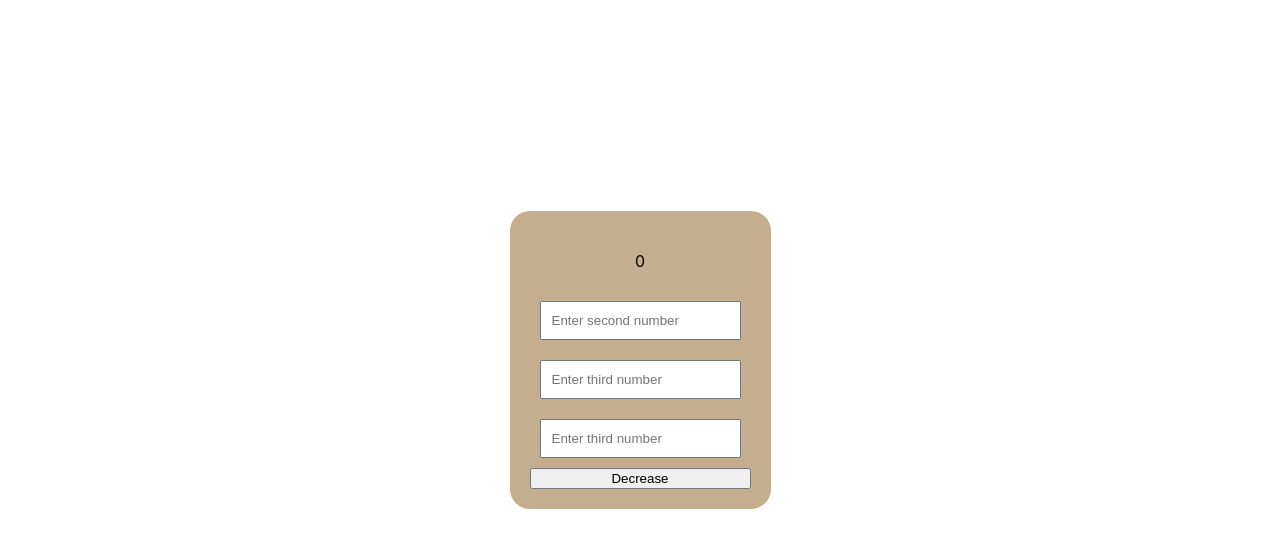
Repository: purnimapatel/SI-calculator
Page: /
These files come from the project's save history. The page is drawn as it stood at one moment and after the next save; the edit follows.
The browser window is 1280 px wide. The pictures show the whole page.
The project was rebuilt for these pictures with package versions that can differ from the ones it lists, and the page was loaded fresh each time.

Above is the page before, as saved 2024-08-26 11:30:15.

### src/App.jsx
import logo from './logo.svg';
import './App.css';
import { useState } from 'react';

function App() {
  const[rate, setRate]=(useState(''));
  const[principle, setPrinciple]=(useState());
  const[time, setTime]=(useState(''));
  const[res, setRes]=(useState(0));
  return(

    <div className="container">
    <div className="container1">
    <div className="result">
    {res}
    </div>


    <input
        type="number"
        id = "field"
        value={rate}
        onChange={(e) => setRate(Number(e.target.value))}
        placeholder="Enter second number"
      />
      <input
        type="number"
        id="field"
        value={principle}
        onChange={(e) => setPrinciple(Number(e.target.value))}
        placeholder="Enter third number"
      />
      <input
        type="number"
        id = "field"
        value={time}
        onChange={(e) => setTime(Number(e.target.value))}
        placeholder="Enter third number"
      />
    <button className='btn2' onClick={result}>Decrease</button>
    </div>
    </div>

  )
  function result(){

    setRate('');
    setPrinciple('');
    setTime('');
    setRes((rate*principle*time)/100)

}




}


export default App;

### src/App.css
.App {
  text-align: center;

}
.container{
  display: flex;
  justify-content: center;
  align-items:center;
  height:100vh;

}
.container1{

  background-color:rgb(197, 174, 144);
  display:flex;

  flex-direction: column;
  height: auto;
  width:auto;
  padding:20px;
  border-radius: 20px;

}
.result{
  display: flex;
  text-align: center;
  justify-content: center;
  padding:20px 40px;
}
input[type=number]::-webkit-outer-spin-button,
input[type=number]::-webkit-inner-spin-button {
    -webkit-appearance: none;
    margin: 0;
}

/* Remove the spinner in Firefox */
input[type=number] {
    -moz-appearance: textfield;
}
#field{
  margin:10px;
  padding:10px;
}

Loaded but not shown: public/index.html (common file); src/index.js (common file); src/index.css (common file); src/reportWebVitals.js (common file)

After the next save:
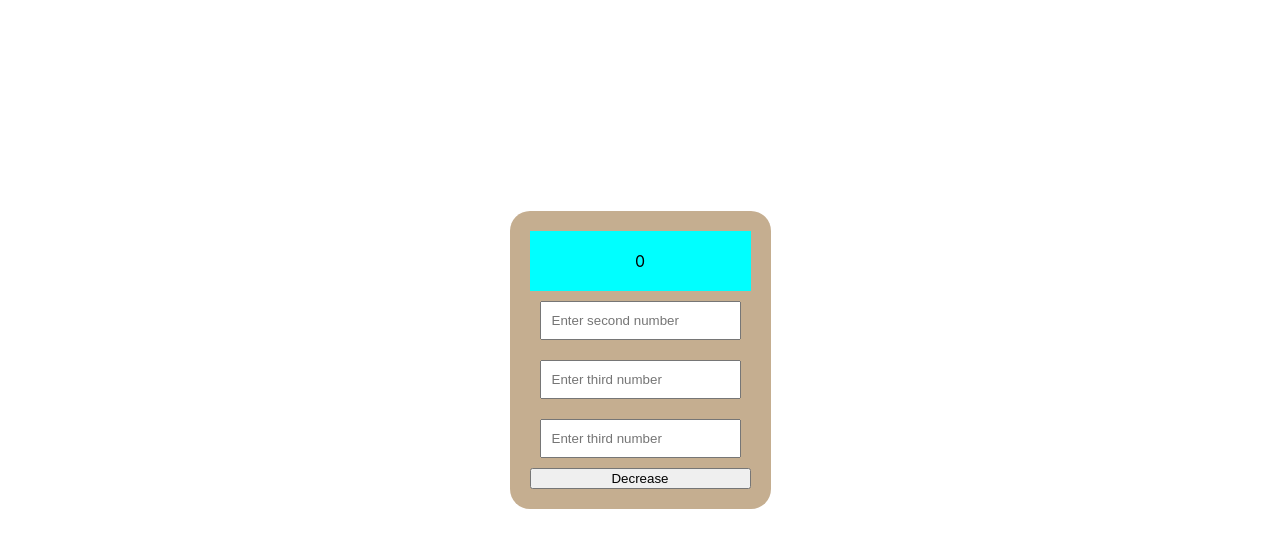
Saved 14 s later.
--- a/src/App.css
+++ b/src/App.css
@@ -26,6 +26,7 @@
   text-align: center;
   justify-content: center;
   padding:20px 40px;
+  background-color:aqua;
 }
 input[type=number]::-webkit-outer-spin-button,
 input[type=number]::-webkit-inner-spin-button {
